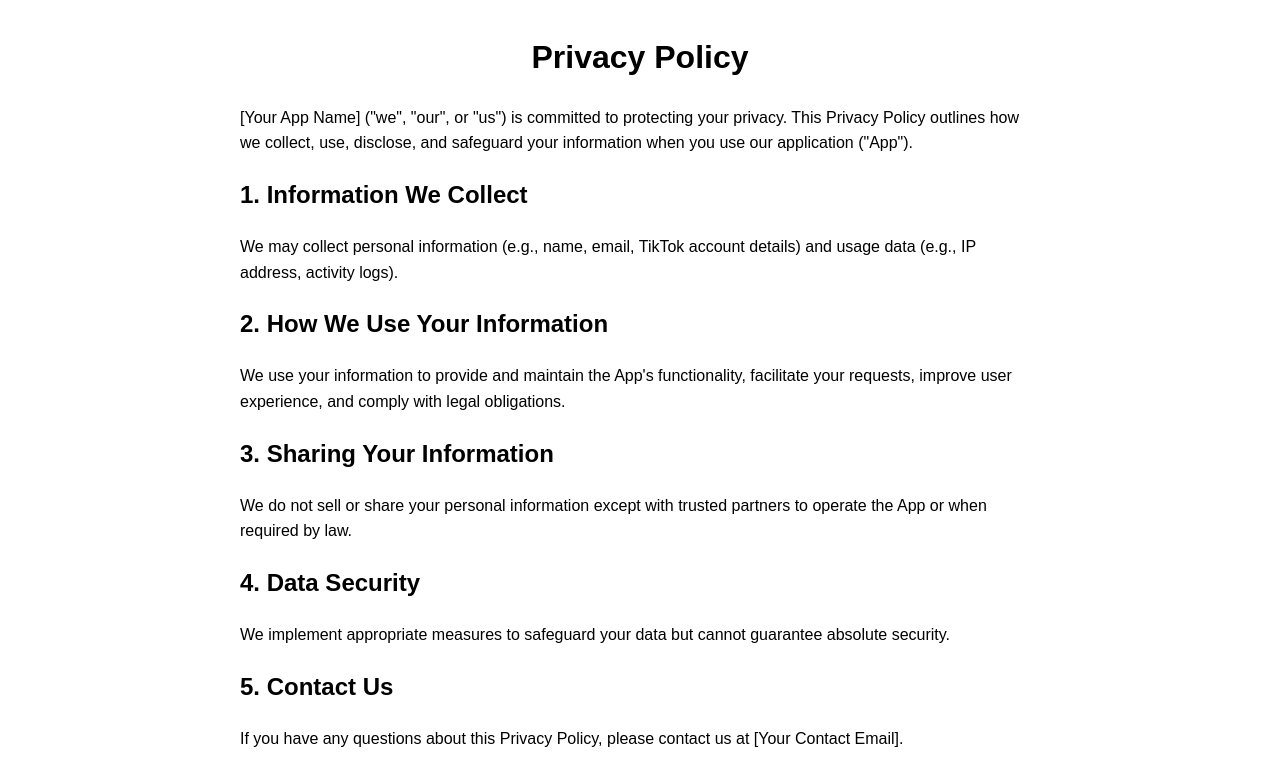
Repository: charlpcronje/tiktikrescue.online
Page: html/privacy-policy.html
These files come from the project's save history. The page is drawn as it stood at one moment and after the next save; the edit follows.
The browser window is 1280 px wide. The pictures show the whole page.

Above is the page before, as saved 2024-12-27 22:17:06.

### html/privacy-policy.html

<!DOCTYPE html>
<html lang="en">
<head>
    <meta charset="UTF-8">
    <meta name="viewport" content="width=device-width, initial-scale=1.0">
    <title>Privacy Policy</title>
    <style>
        body {
            font-family: Arial, sans-serif;
            background-color: white;
            color: black;
            margin: 2em;
            line-height: 1.6;
        }
        h1 {
            text-align: center;
        }
        .wrapper {
            max-width: 800px;
            margin: 0 auto;
        }
    </style>
</head>
<body>
    <div class="wrapper">
        <h1>Privacy Policy</h1>
        <p>[Your App Name] ("we", "our", or "us") is committed to protecting your privacy. This Privacy Policy outlines how we collect, use, disclose, and safeguard your information when you use our application ("App").</p>
        <h2>1. Information We Collect</h2>
        <p>We may collect personal information (e.g., name, email, TikTok account details) and usage data (e.g., IP address, activity logs).</p>
        <h2>2. How We Use Your Information</h2>
        <p>We use your information to provide and maintain the App's functionality, facilitate your requests, improve user experience, and comply with legal obligations.</p>
        <h2>3. Sharing Your Information</h2>
        <p>We do not sell or share your personal information except with trusted partners to operate the App or when required by law.</p>
        <h2>4. Data Security</h2>
        <p>We implement appropriate measures to safeguard your data but cannot guarantee absolute security.</p>
        <h2>5. Contact Us</h2>
        <p>If you have any questions about this Privacy Policy, please contact us at [Your Contact Email].</p>
    </div>
</body>
</html>

After the next save:
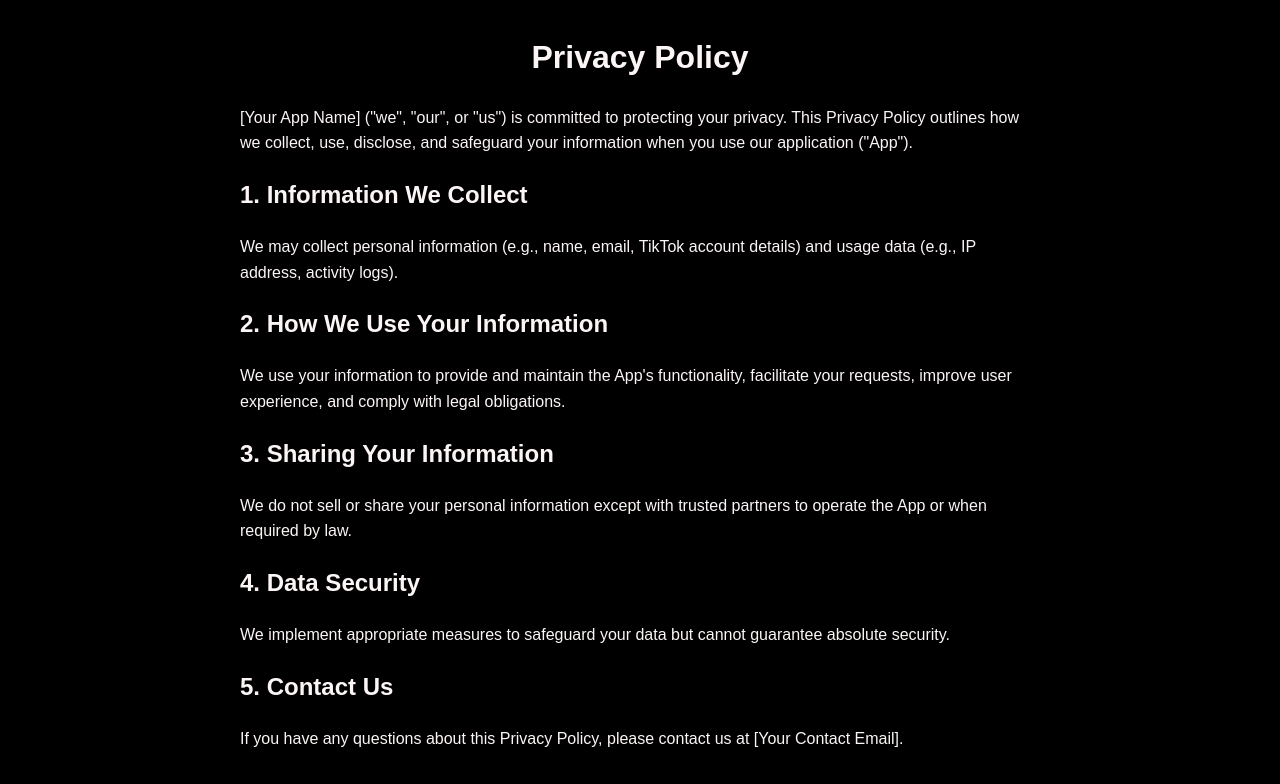
Saved 29 s later.
--- a/html/privacy-policy.html
+++ b/html/privacy-policy.html
@@ -8,8 +8,8 @@
     <style>
         body {
             font-family: Arial, sans-serif;
-            background-color: white;
-            color: black;
+            background-color: rgb(0, 0, 0);
+            color: rgb(252, 245, 245);
             margin: 2em;
             line-height: 1.6;
         }
